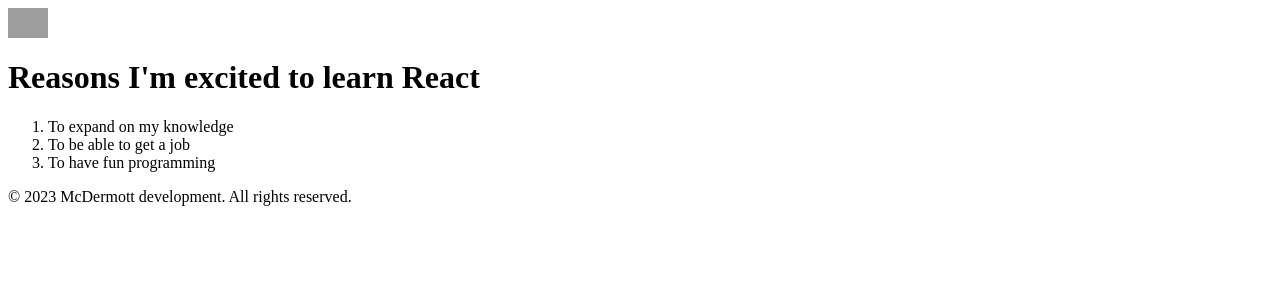
Repository: evemcd/scrimba-react1
Page: index.html
These files come from the project's save history. The page is drawn as it stood at one moment and after the next save; the edit follows.
The browser window is 1280 px wide. The pictures show the whole page.
Pictures or frames that could not be fetched are drawn as grey boxes. Some web libraries are served in a nearby version.

Above is the page before, as saved 2023-07-31 11:36:36.

After the next save:
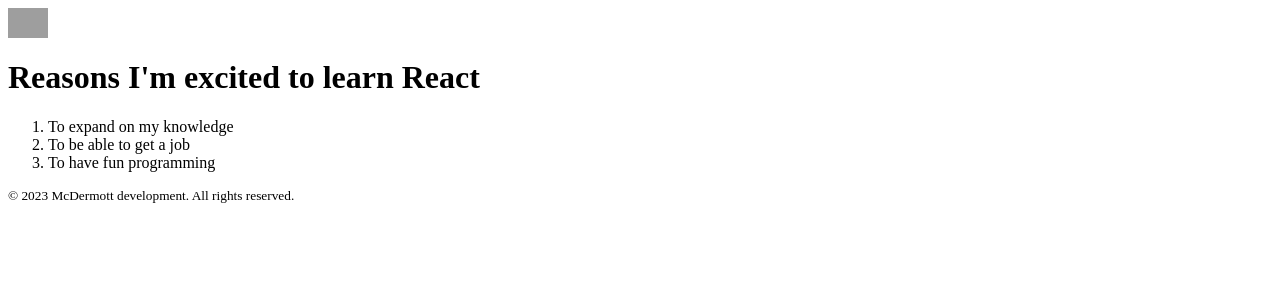
Saved 23 s later.
--- a/index3.js
+++ b/index3.js
@@ -36,7 +36,7 @@
 function Footer() {
     return (
         <footer>
-            <p>© 2023 McDermott development. All rights reserved.</p>
+            <small>© 2023 McDermott development. All rights reserved.</small>
         </footer>
     )
 }
